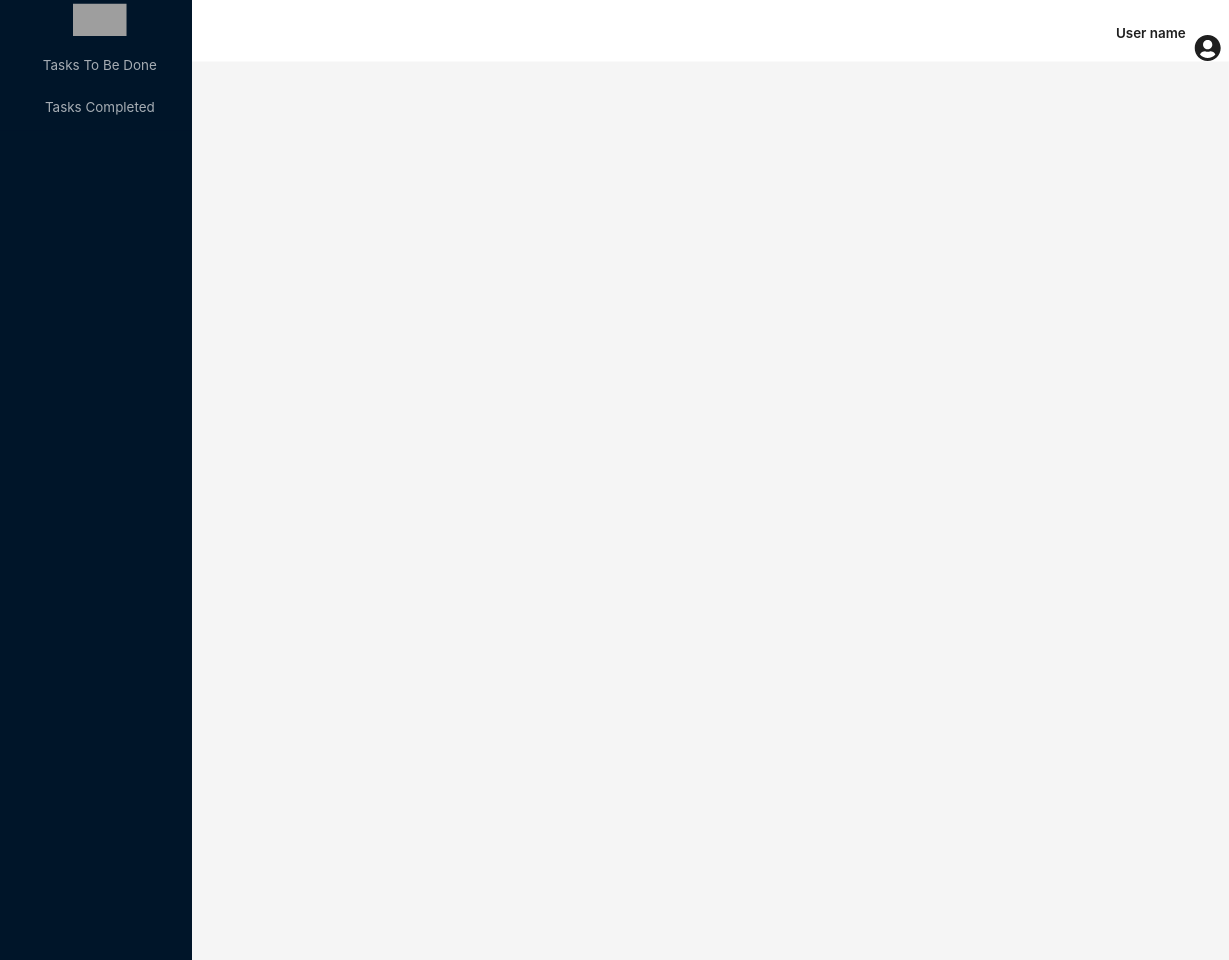
Repository: runner855/todolist_new
Page: /
These files come from the project's save history. The page is drawn as it stood at one moment and after a run of saves; the edit follows.
The browser window is 1280 px wide. The pictures show the whole page, at 96% of full size.
Pictures or frames that could not be fetched are drawn as grey boxes. The project was rebuilt for these pictures with package versions that can differ from the ones it lists, and the page was loaded fresh each time.

Above is the page before, as saved 2023-03-19 18:48:59.

### src/index.tsx
import React from "react";
import ReactDOM from "react-dom/client";
import "./index.css";
import { App } from "./App";
import { BrowserRouter } from "react-router-dom";

const root = ReactDOM.createRoot(
  document.getElementById("root") as HTMLElement
);
root.render(
  <React.StrictMode>
    <BrowserRouter>
    <App />
    </BrowserRouter>
  </React.StrictMode>
);

### src/App.tsx
import React from 'react';
import './App.css';
import { NavBar } from './components/NavBar/NavBar';

export const App = () =>{
  return (
    <div className="App">
      <NavBar/>

    </div>
  );
}

### src/components/NavBar/NavBar.tsx
import React from 'react';

import { Layout, Menu, theme } from 'antd';
import { FaUserCircle } from 'react-icons/fa';
import { PagesArray } from '../../Utilities/Utility'
import "../NavBar/NavBar.css";
import { NavLink } from 'react-router-dom';

const { Header, Content, Footer, Sider } = Layout;

export const NavBar = () => {

  const {
    token: { colorBgContainer },
  } = theme.useToken();

  return (
      <Layout>
      <Sider
        breakpoint="lg"
        collapsedWidth="0"
        style={{height:1000}}
        onBreakpoint={(broken) => {
          console.log(broken);
        }}
        onCollapse={(collapsed, type) => {
          console.log(collapsed, type);
        }}
      >
        <div className="logo" />
        <Menu
          theme="dark"
          mode="inline"
          // defaultSelectedKeys={['2']}
          items={PagesArray && PagesArray.map(
            (item, index) => ({
              key: index,

              label:  item.label ? <NavLink to={item.to}>{item.label}</NavLink> :
              <img  className="logo"src={item.image} alt="logo"/>
            })
          )}


        />
      </Sider>
      <Layout>
        <Header style={{ padding: 0, background: colorBgContainer }}>
        <div className='avatar_container'>
          <ul className='user'>
            <li className='user_text'>User name</li>
            <li className='user_icon'><FaUserCircle/></li>

          </ul>
          </div>

        </Header>
      </Layout>
    </Layout>
   );
}

### src/Utilities/Utility.tsx
import { TASKS_TO_BE_DONE, TASKS_COMPLETED } from '../Constants/Dictionary';
import { AppUrls } from '../Types/appTypes';
import { LOGO } from '../Constants/Dictionary';
export const PagesArray = [
  {image:LOGO},
  {label: TASKS_TO_BE_DONE, to: AppUrls.TASKS_TO_BE_DONE},
  {label: TASKS_COMPLETED, to: AppUrls.TASKS_COMPLETED},

]

### src/components/NavBar/NavBar.css
#components-layout-demo-responsive .logo {
  height: 32px;
  margin: 16px;
  background: rgba(255, 255, 255, 0.2);
}

li {
  list-style-type: none;
}

.user {
  display: flex;
  flex-direction: row;
  justify-content: right;
}

.user_icon {
  font-size: 2em;
  margin-right: 0.1em;
  margin: 0em 0.3em 0em 0.3em;
  line-height: 2.9;
}

.user_text {
  line-height: 3;
  font-weight: 600;
}

img {
  height: 3em;
}

### src/Constants/Dictionary.ts
export const TASKS_TO_BE_DONE = "Tasks To Be Done";
export const TASKS_COMPLETED = "Tasks Completed"
export const LOGO = "https://pbs.twimg.com/profile_images/964093705748729856/nzx2mHKW_400x400.jpg";

### src/Types/appTypes.tsx

export enum AppUrls {
  TASKS_TO_BE_DONE = `/tasks_to_be_done`,
  TASKS_COMPLETED = "/tasks_copleted",

}

export enum LanguageEnum {
  EN = "en",
}

Loaded but not shown: public/index.html (common file); src/index.css (common file); src/App.css (common file)

After the next 2 saves:
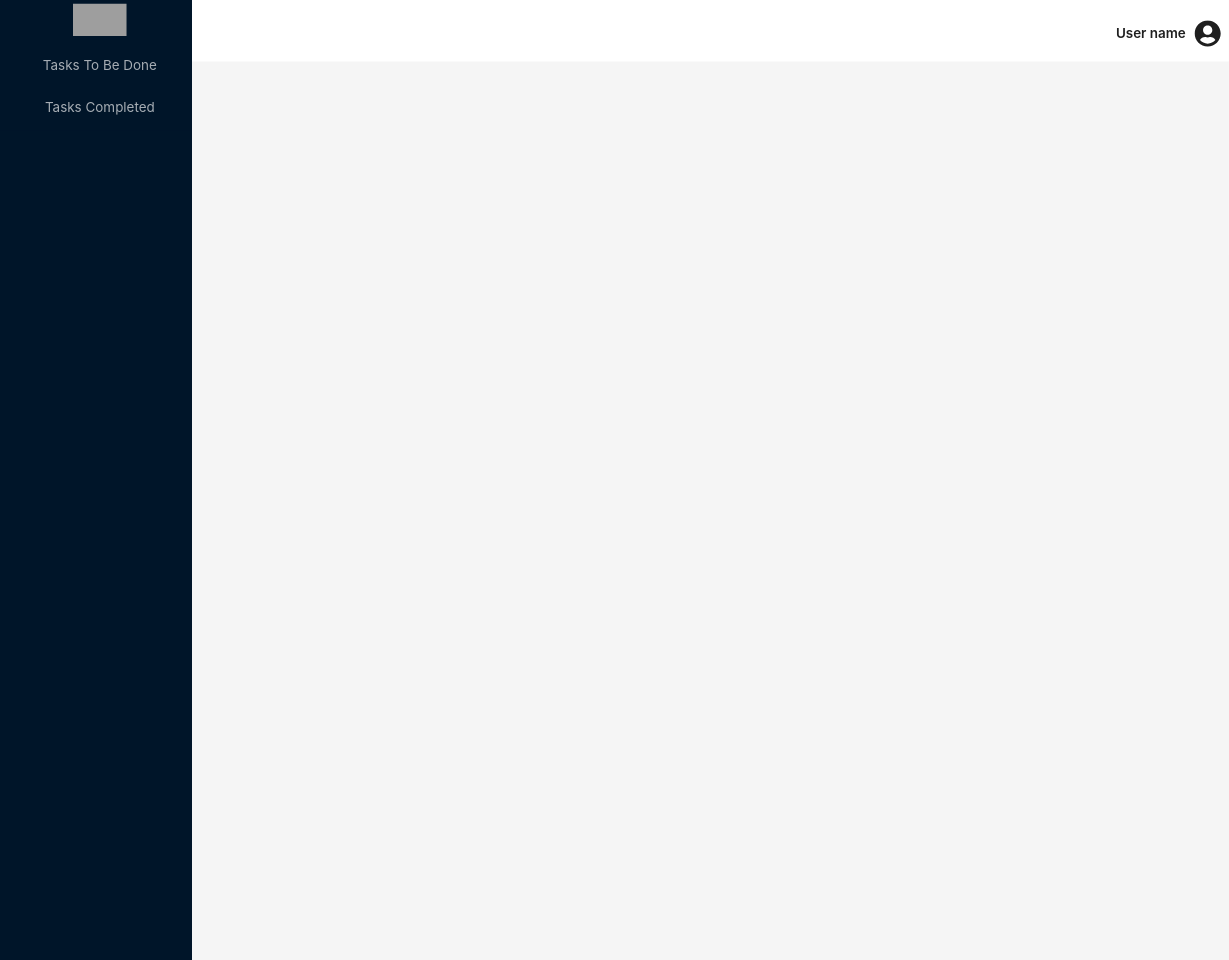
The 2 saves are shown as one change because they came seconds apart.
The last was saved 7 s later.
--- a/src/components/NavBar/NavBar.css
+++ b/src/components/NavBar/NavBar.css
@@ -18,7 +18,7 @@ li {
   font-size: 2em;
   margin-right: 0.1em;
   margin: 0em 0.3em 0em 0.3em;
-  line-height: 2.9;
+  line-height: 1.8;
 }
 
 .user_text {
